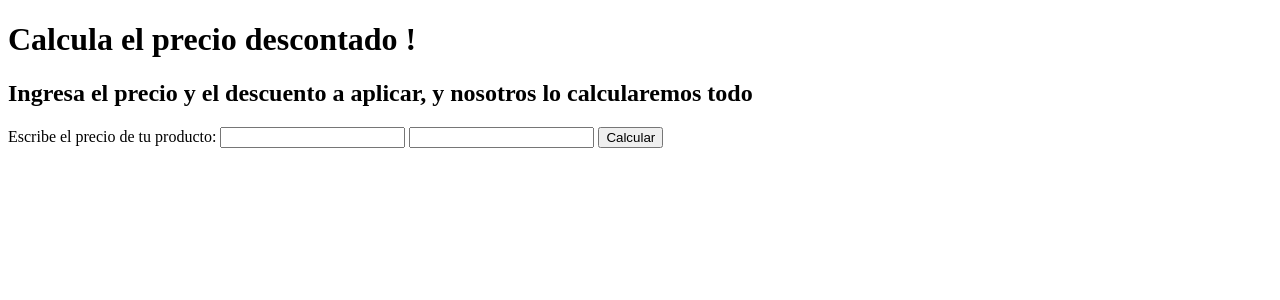
Repository: ChristianGecchelin/javascript-project
Page: javascript-project/descuentos y porcentajes/descuentos.html
The author's editor kept a copy of each file at every save. The page is drawn from the files as they stood at one save, then again after the next save.
The browser window is 1280 px wide. The pictures show the whole page.

Above is the page before, as saved 2021-12-03 12:57:42.

### javascript-project/descuentos y porcentajes/descuentos.html
<!DOCTYPE html>
<html lang="es">
  <head>
    <meta charset="UTF-8" />
    <meta http-equiv="X-UA-Compatible" content="IE=edge" />
    <meta name="viewport" content="width=device-width, initial-scale=1.0" />
    <title>Porcentajes y descuentos</title>
  </head>
  <body>
    <header>
      <h1>Calcula el precio descontado !</h1>
    </header>
    <section>
      <h2>
        Ingresa el precio y el descuento a aplicar, y nosotros lo calcularemos
        todo
      </h2>
      <div>
        <form action="">
          <label for="input-price"> Escribe el precio de tu producto:</label>
          <input type="number" id="input-price" />
          <label for="input-discount"></label>
          <input type="number" id="input-discount" />
          <button type="button">Calcular</button>
        </form>
      </div>
    </section>
    <script src="./descuentos.js"></script>
  </body>
</html>

### javascript-project/descuentos y porcentajes/descuentos.js
function calculoPrecioConDescuento(precio, descuento) {
  /* Calculo el porcentaje final que PAGARA el cliente */
  const porcentajePrecioConDescuento = 100 - descuento;
  const precioConDescuento = (precio * porcentajePrecioConDescuento) / 100;
  return console.log(
    `El precio original es ${precio}. El precio que pagarás es ${precioConDescuento}`
  );
}

After the next save:
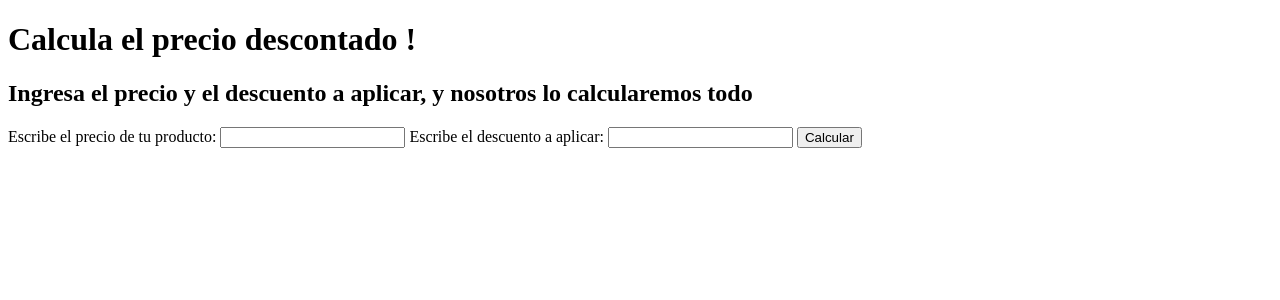
Saved 28 s later.
--- a/javascript-project/descuentos y porcentajes/descuentos.html
+++ b/javascript-project/descuentos y porcentajes/descuentos.html
@@ -19,7 +19,7 @@
         <form action="">
           <label for="input-price"> Escribe el precio de tu producto:</label>
           <input type="number" id="input-price" />
-          <label for="input-discount"></label>
+          <label for="input-discount">Escribe el descuento a aplicar:</label>
           <input type="number" id="input-discount" />
           <button type="button">Calcular</button>
         </form>
